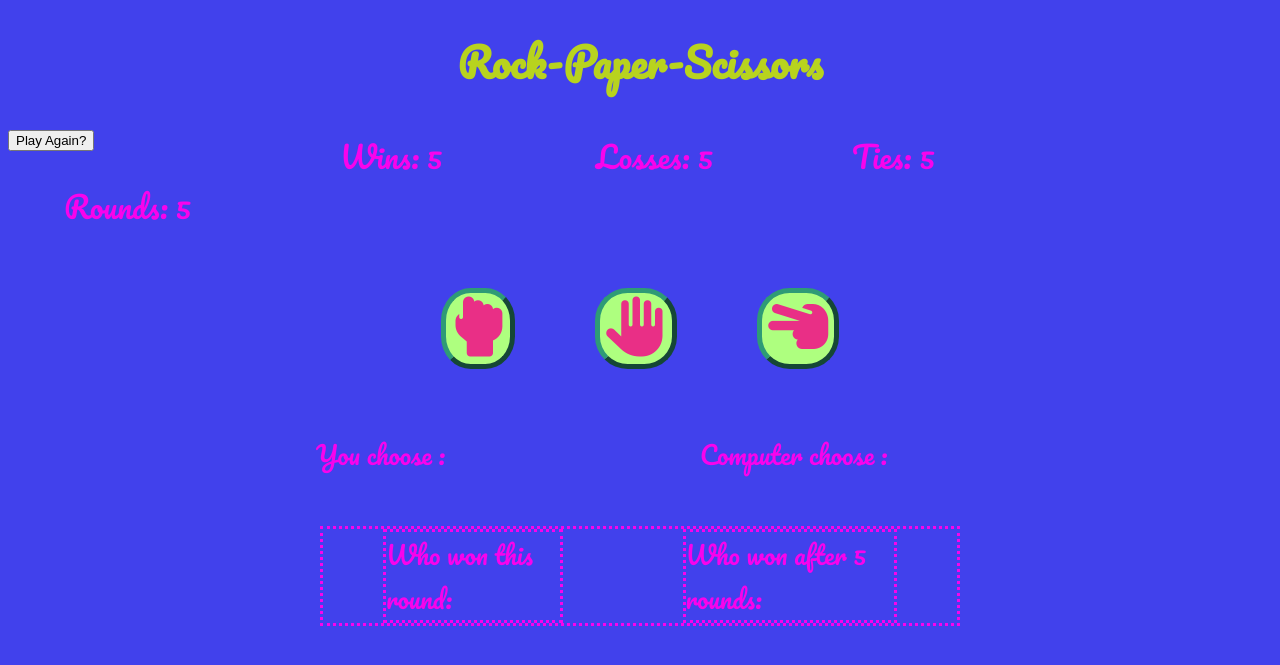
Repository: 0101chaitanya/Rock-Paper-Scissors
Page: index.html
These files come from the project's save history. The page is drawn as it stood at one moment and after the next save; the edit follows.
The browser window is 1280 px wide. The pictures show the whole page.
Some web libraries are served in a nearby version.

Above is the page before, as saved 2021-05-15 15:44:22.
Not found: linkk.js

After the next save:
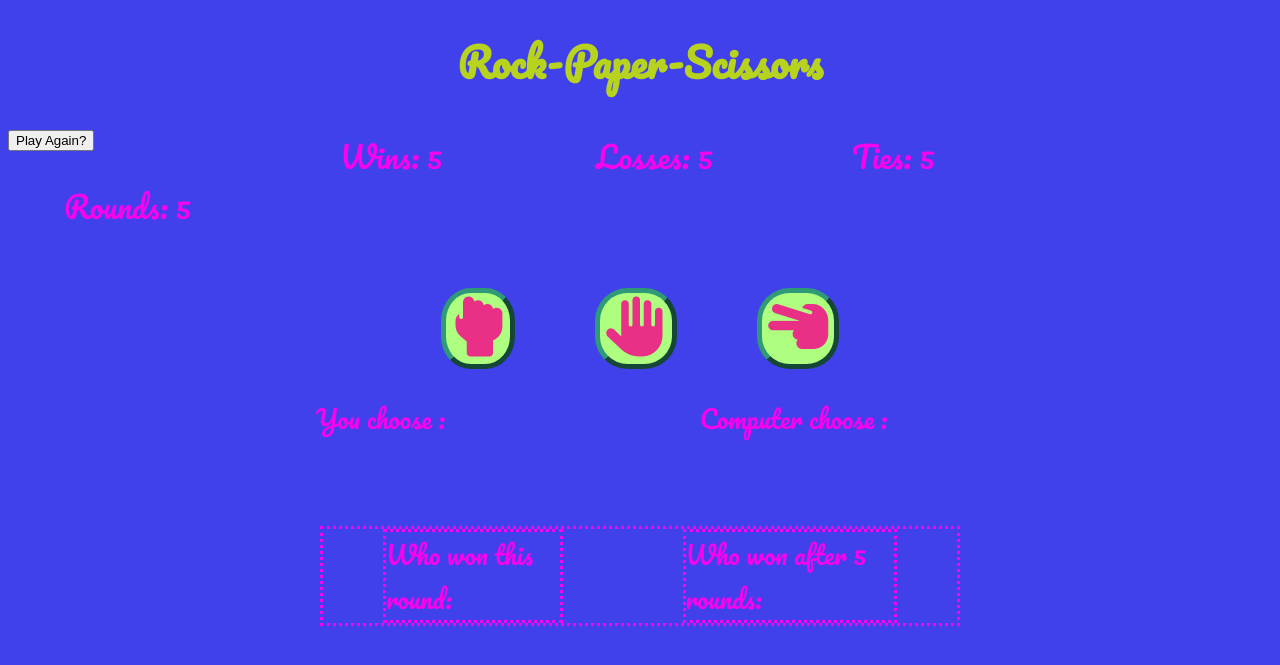
Saved 75 s later.
--- a/style.css
+++ b/style.css
@@ -74,7 +74,7 @@
      font-size: 25px;
      color:rgb(248, 3, 236);
     position : fixed;
-    top: 60%;
+    top: 55%;
     padding: auto;
 
 }

After the save that followed:
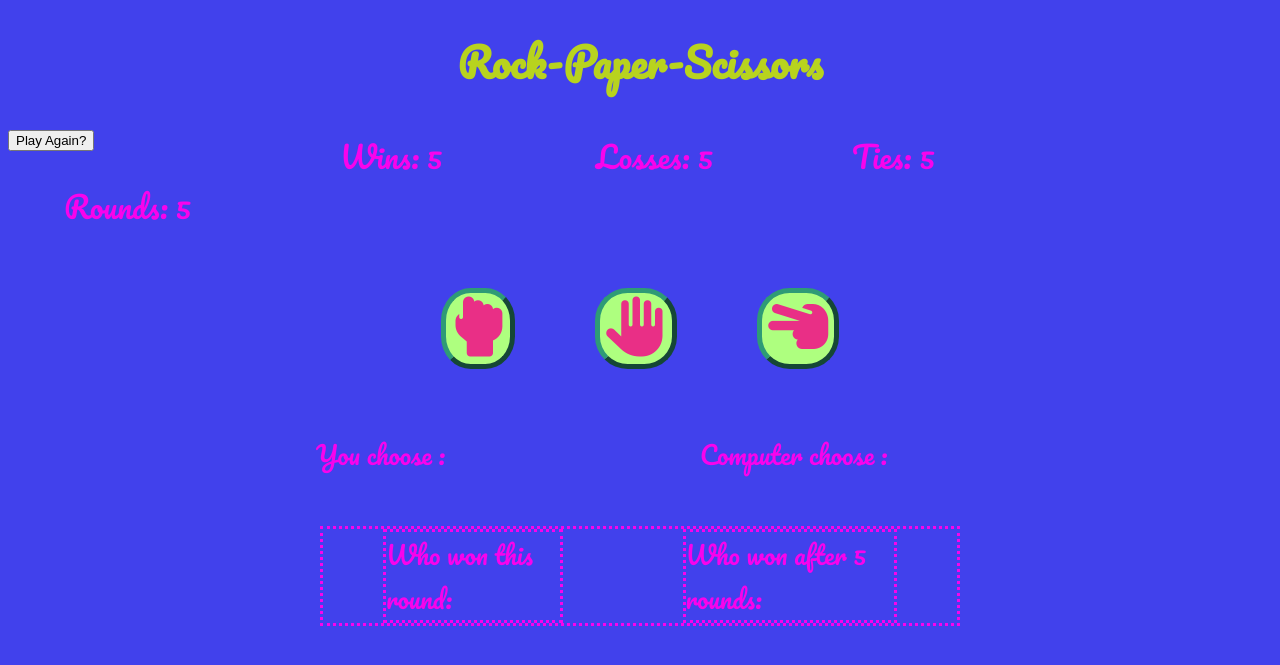
Saved 7 s later.
--- a/style.css
+++ b/style.css
@@ -74,7 +74,7 @@
      font-size: 25px;
      color:rgb(248, 3, 236);
     position : fixed;
-    top: 55%;
+    top: 60%;
     padding: auto;
 
 }
